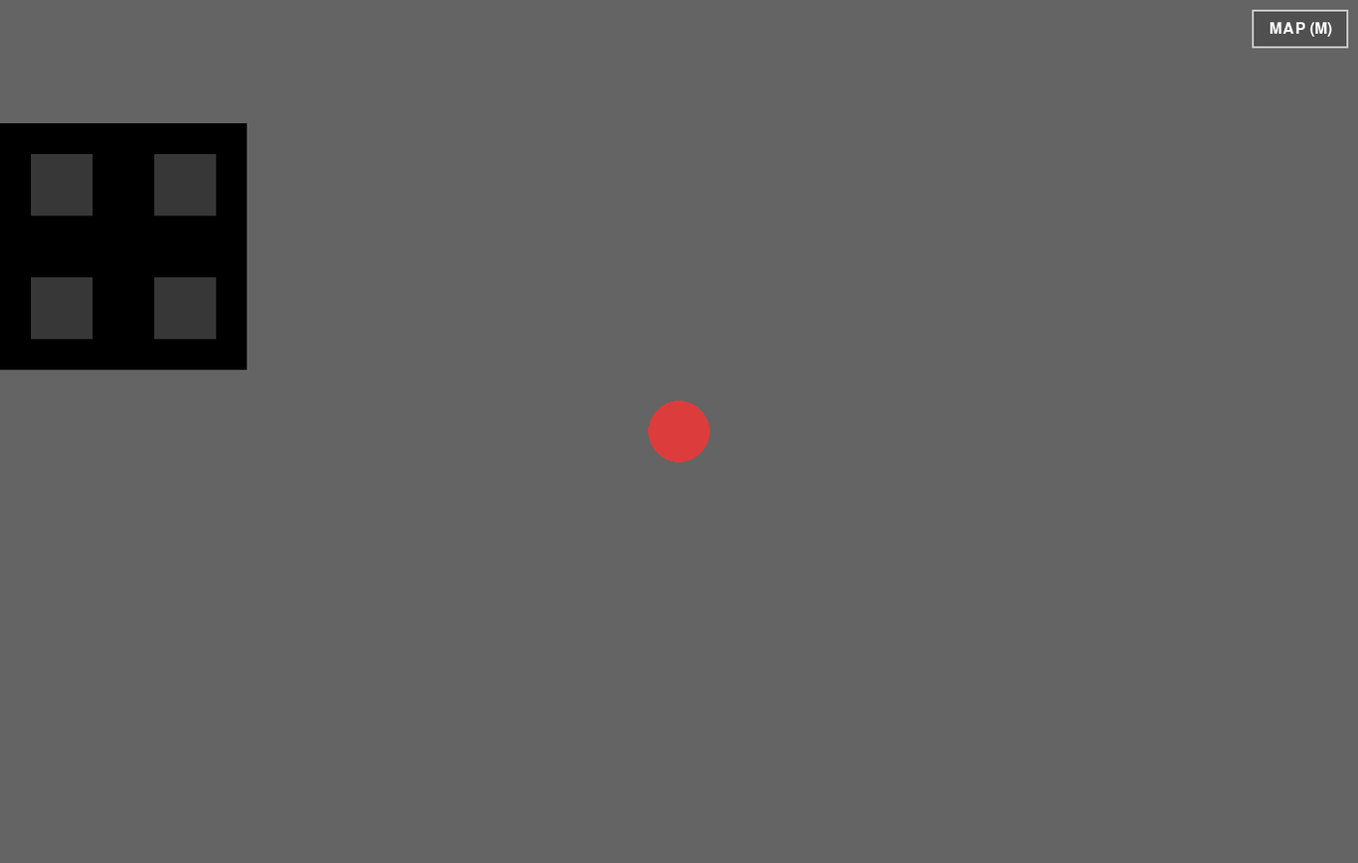
Repository: Nakib-Arman/Game-Jam-2026
Script's output: python main.py
The author's editor kept a copy of each file at every save. The script's output is drawn from the files as they stood at one save, then again after the next save.
The pictures are shown at 97% of full size.
Figures wider than 1,400 px are first shrunk to that width. The window is shown after at most 60 frames with no key pressed. Random numbers start from a fixed seed.

Above is the script's output before, as saved 2026-01-24 21:55:33.

After the next save:
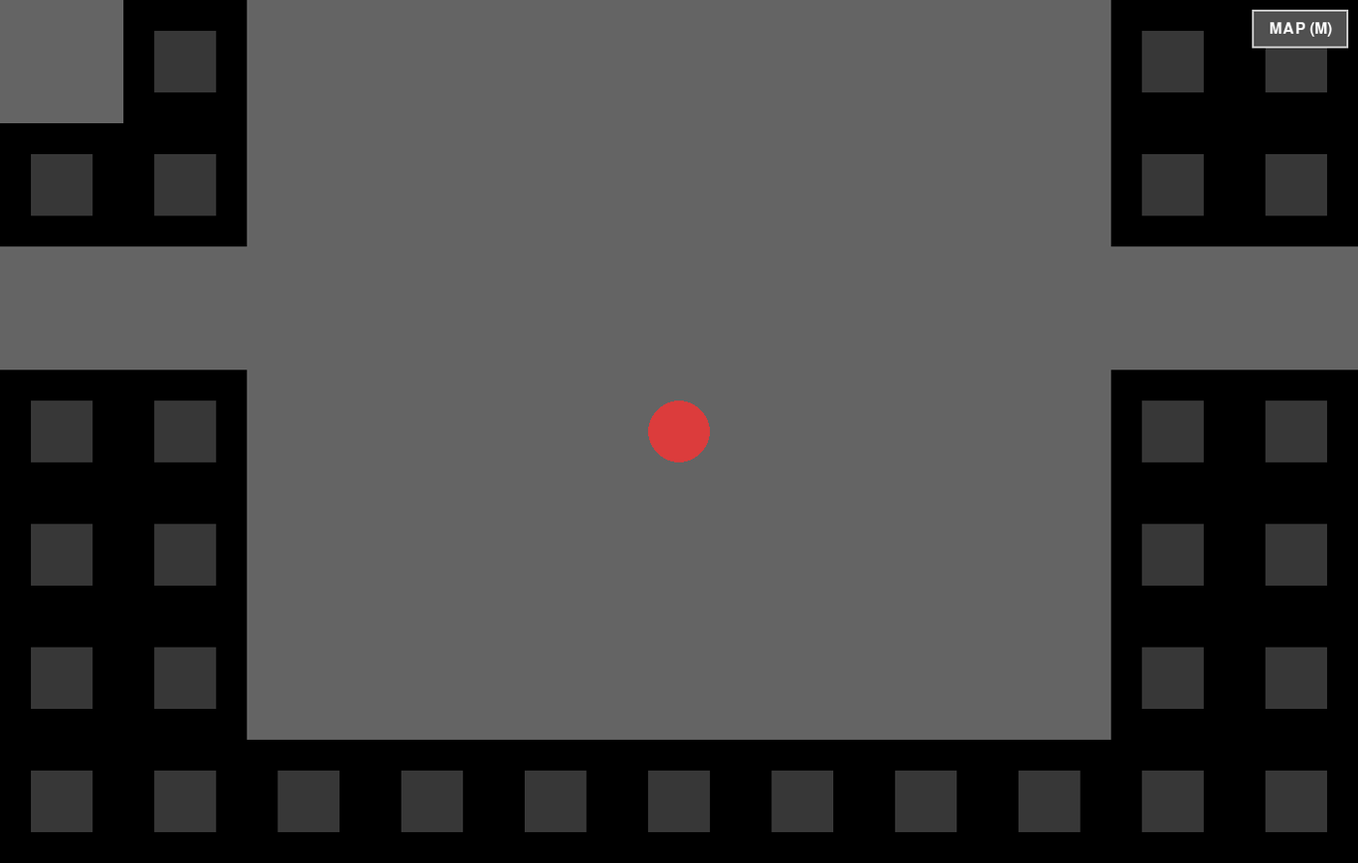
Saved 20 s later.
--- a/cave.py
+++ b/cave.py
@@ -6,22 +6,21 @@
 EXIT = 2
 
 
-def generate_cave(rows, cols):
+def generate_cave(rows, cols,
+                  room_attempts=40,
+                  min_room_size=5,
+                  max_room_size=10):
 
     cave = [[WALL for _ in range(cols)] for _ in range(rows)]
     rooms = []
 
-    # --------------------------------------------------
-    # BASIC HELPERS
-    # --------------------------------------------------
-    def carve(x, y):
-        if 0 <= x < cols and 0 <= y < rows:
-            cave[y][x] = FLOOR
-
+    # ----------------------
+    # Helpers
+    # ----------------------
     def carve_room(x, y, w, h):
         for iy in range(y, y + h):
             for ix in range(x, x + w):
-                carve(ix, iy)
+                cave[iy][ix] = FLOOR
 
     def intersects(r1, r2):
         x1, y1, w1, h1 = r1
@@ -37,99 +36,70 @@
         x, y, w, h = room
         return (x + w // 2, y + h // 2)
 
-    # --------------------------------------------------
-    # 1️⃣ BIG ROOMS (FEWER)
-    # --------------------------------------------------
-    for _ in range(15):
-        w = random.randint(6, 10)
-        h = random.randint(6, 10)
-        x = random.randint(2, cols - w - 3)
-        y = random.randint(2, rows - h - 3)
+    # ----------------------
+    # Generate rooms
+    # ----------------------
+    for _ in range(room_attempts):
+        w = random.randint(min_room_size, max_room_size)
+        h = random.randint(min_room_size, max_room_size)
+        x = random.randint(1, cols - w - 2)
+        y = random.randint(1, rows - h - 2)
 
         new_room = (x, y, w, h)
+
         if any(intersects(new_room, r) for r in rooms):
             continue
 
         carve_room(x, y, w, h)
         rooms.append(new_room)
 
-    # --------------------------------------------------
-    # 2️⃣ SMALL MICRO ROOMS (LOTS)
-    # --------------------------------------------------
-    for _ in range(40):
-        w = random.randint(2, 4)
-        h = random.randint(2, 4)
-        x = random.randint(1, cols - w - 2)
-        y = random.randint(1, rows - h - 2)
+    if not rooms:
+        return cave, (1, 1)
 
-        carve_room(x, y, w, h)
+    # ----------------------
+    # Connect rooms
+    # ----------------------
+    for i in range(1, len(rooms)):
+        x1, y1 = center(rooms[i - 1])
+        x2, y2 = center(rooms[i])
 
-    # --------------------------------------------------
-    # 3️⃣ CONNECT ROOMS (MULTIPLE LOOPS)
-    # --------------------------------------------------
-    for i in range(len(rooms)):
-        x1, y1 = center(rooms[i])
-        x2, y2 = center(random.choice(rooms))
+        if random.choice([True, False]):
+            for x in range(min(x1, x2), max(x1, x2) + 1):
+                cave[y1][x] = FLOOR
+            for y in range(min(y1, y2), max(y1, y2) + 1):
+                cave[y][x2] = FLOOR
+        else:
+            for y in range(min(y1, y2), max(y1, y2) + 1):
+                cave[y][x1] = FLOOR
+            for x in range(min(x1, x2), max(x1, x2) + 1):
+                cave[y2][x] = FLOOR
 
-        for x in range(min(x1, x2), max(x1, x2) + 1):
-            carve(x, y1)
-        for y in range(min(y1, y2), max(y1, y2) + 1):
-            carve(x2, y)
-
-    # --------------------------------------------------
-    # 4️⃣ DRUNK WALK TUNNELS (NOISE)
-    # --------------------------------------------------
-    for _ in range(200):
-        x = random.randint(1, cols - 2)
-        y = random.randint(1, rows - 2)
-
-        for _ in range(random.randint(10, 30)):
-            carve(x, y)
-            dx, dy = random.choice([(0,1),(1,0),(0,-1),(-1,0)])
-            x = max(1, min(cols - 2, x + dx))
-            y = max(1, min(rows - 2, y + dy))
-
-    # --------------------------------------------------
-    # 5️⃣ CELLULAR AUTOMATA SMOOTHING
-    # --------------------------------------------------
-    for _ in range(4):
-        new_map = [[cave[y][x] for x in range(cols)] for y in range(rows)]
-        for y in range(1, rows - 1):
-            for x in range(1, cols - 1):
-                walls = 0
-                for dx, dy in [(-1,0),(1,0),(0,-1),(0,1)]:
-                    if cave[y+dy][x+dx] == WALL:
-                        walls += 1
-                if walls <= 1:
-                    new_map[y][x] = FLOOR
-        cave = new_map
-
-    # --------------------------------------------------
-    # 6️⃣ SPAWN & EXIT
-    # --------------------------------------------------
-    spawn_x, spawn_y = center(random.choice(rooms))
+    # ----------------------
+    # Spawn & exit
+    # ----------------------
+    spawn_x, spawn_y = center(rooms[0])
     exit_x, exit_y = find_farthest_cell(cave, spawn_x, spawn_y)
     cave[exit_y][exit_x] = EXIT
 
     return cave, (spawn_x, spawn_y)
 
 
-def find_farthest_cell(cave, sx, sy):
+def find_farthest_cell(cave, start_x, start_y):
     rows, cols = len(cave), len(cave[0])
-    dist = [[-1]*cols for _ in range(rows)]
-    q = deque([(sx, sy)])
-    dist[sy][sx] = 0
+    dist = [[-1] * cols for _ in range(rows)]
+    queue = deque([(start_x, start_y)])
+    dist[start_y][start_x] = 0
 
-    farthest = (sx, sy)
+    farthest = (start_x, start_y)
 
-    while q:
-        x, y = q.popleft()
-        for dx, dy in [(0,1),(1,0),(0,-1),(-1,0)]:
+    while queue:
+        x, y = queue.popleft()
+        for dx, dy in [(0, -1), (1, 0), (0, 1), (-1, 0)]:
             nx, ny = x + dx, y + dy
             if 0 <= nx < cols and 0 <= ny < rows:
                 if cave[ny][nx] != WALL and dist[ny][nx] == -1:
                     dist[ny][nx] = dist[y][x] + 1
-                    q.append((nx, ny))
+                    queue.append((nx, ny))
                     farthest = (nx, ny)
 
     return farthest
